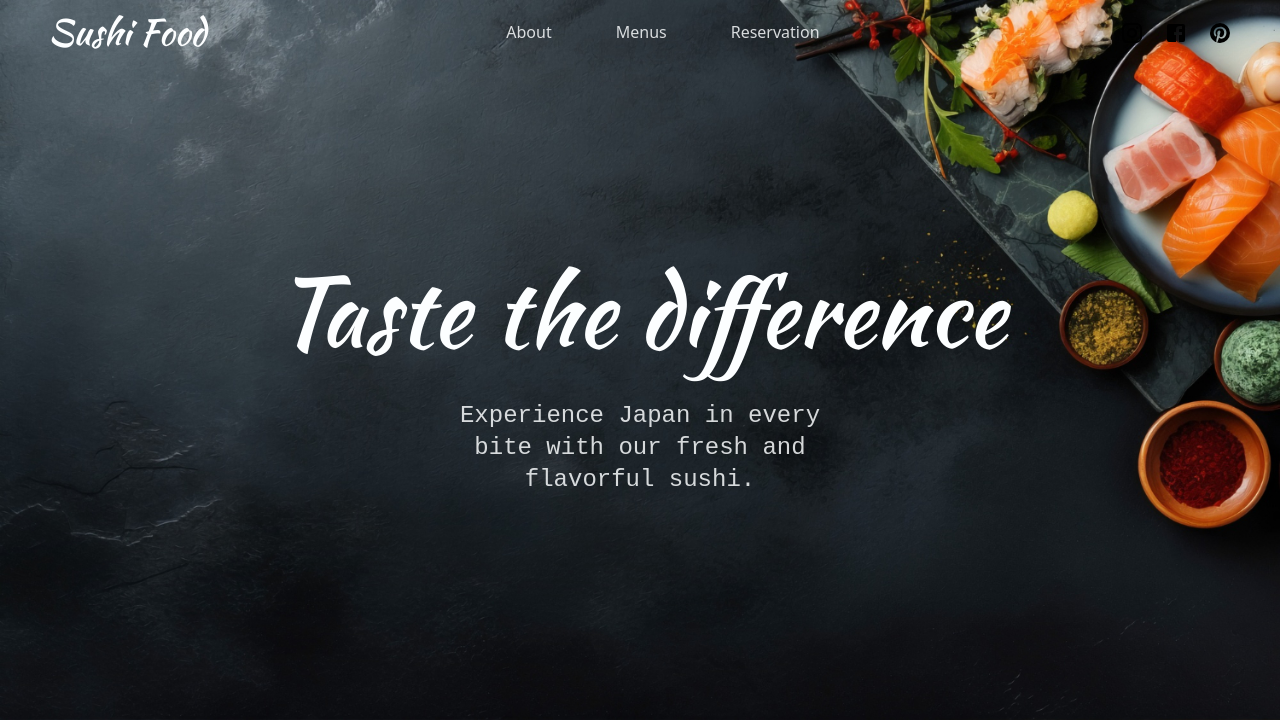
Repository: Adrien-legeleu/sushi-food
Page: /
An editor plug-in stored every save of this project. The page is shown before and after the next save, followed by the edit.
The browser window is 1280 px wide. The pictures show the whole page.
Some web fonts or font styles are not loaded; a fallback is used. The project was rebuilt for these pictures with package versions that can differ from the ones it lists, and the page was loaded fresh each time. Also part of the build but not shown: vite.config.ts.

Above is the page before, as saved 2024-04-28 20:14:38.

### src/App.tsx
import { Header, Landing } from "./Components"

const App =()=> {
  return (
    <div className="bg-greenBlack h-full w-full">
      <Header/>
      <Landing/>
    </div>
  )
}

export default App

### src/index.css
@import url('https://fonts.googleapis.com/css2?family=Kaushan+Script&family=Nanum+Gothic+Coding&display=swap');

@tailwind base;
@tailwind components;
@tailwind utilities;

*{
    margin: 0;
    padding: 0;
    box-sizing: border-box;
}

### src/Components/index.ts
export * from "./Landing";
export * from "./Header";

### src/Components/Landing.tsx
export const Landing =()=>{
    return(
        <div className="h-screen w-full bg-[url('././assets/mainfond.jpg')] bg-cover bg-center-top flex items-center justify-center flex-col gap-10 pt-10">
            <h1 className="font-title text-whiteTitle text-8xl">Taste the difference</h1>
            <p className="text-whiteText font-text text-2xl text-center w-1/3">Experience Japan in every bite with our fresh and flavorful sushi.</p>
        </div>
    )
}

### src/Components/Header.tsx
import InstagramIcon from '@mui/icons-material/Instagram';
import FacebookIcon from '@mui/icons-material/Facebook';
import PinterestIcon from '@mui/icons-material/Pinterest';
export const Header =()=>{
    return (
        <div className='fixed h-16 w-full max-w-[1500px] top-0 left-1/2 -translate-x-1/2 flex justify-between items-center pl-12 pr-12'>
            <h2 className='font-title text-4xl text-whiteTitle'>Sushi Food</h2>
            <ul className='flex items-center gap-16 justify-between text-whiteText'>
                <li>About</li>
                <li>Menus</li>
                <li>Reservation</li>
            </ul>
            <ul className='flex items-center justify-between gap-5'>
                <li>
                    <InstagramIcon/>


                </li>
                <li> <FacebookIcon/></li>
                <li><PinterestIcon/></li>
            </ul>
        </div>
    )
}

### tailwind.config.js
/** @type {import('tailwindcss').Config} */
export default {
  content: ["./index.html", "./src/**/*.{js,ts,jsx,tsx}"],
  theme: {
    extend: {
      backgroundColor: {
        greenBlack: "#0B1517",
      },
      colors: {
        green: "#A6977C",
        whiteTitle: "#FCFEFF",
        whiteText: "#FCFEFFD5",
      },
    },
    fontFamily: {
      title: ["Kaushan Script", "cursive"],
      text: ["Nanum Gothic Coding", "monospace"],
    },
  },
  plugins: [],
};

Loaded but not shown: index.html (common file); src/main.tsx (common file)

After the next save:
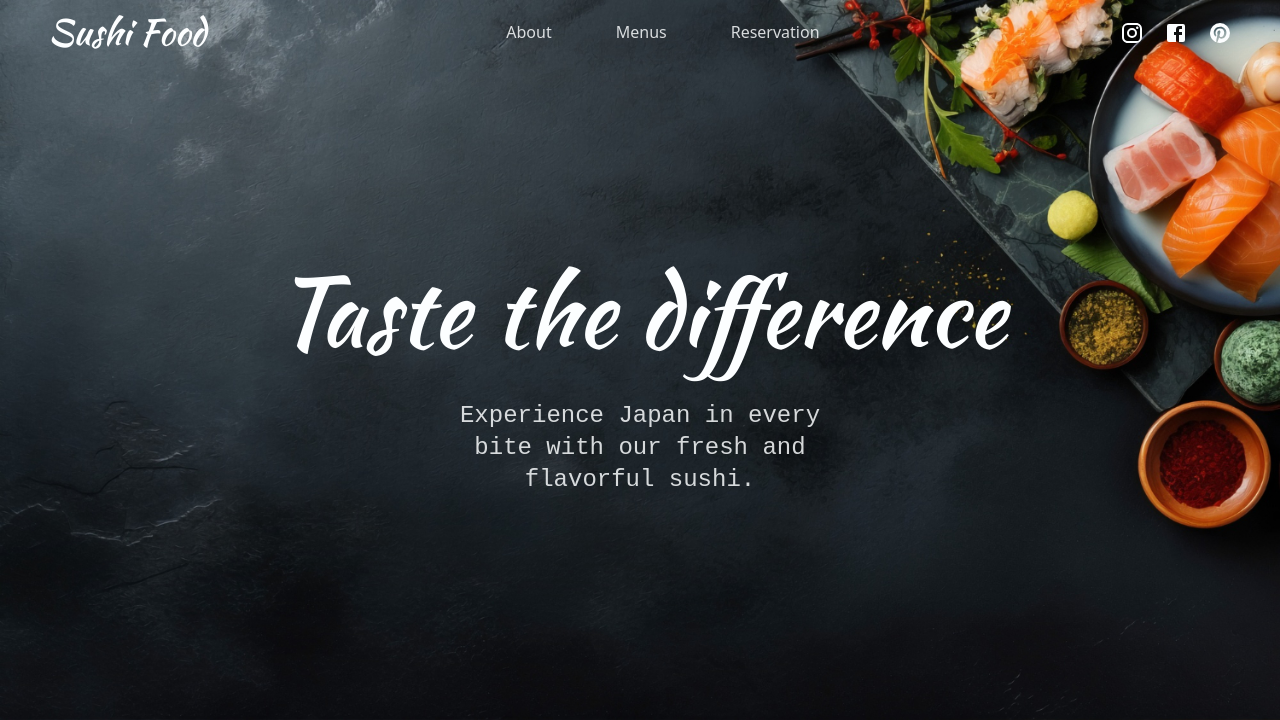
Saved 8 s later.
--- a/src/Components/Header.tsx
+++ b/src/Components/Header.tsx
@@ -10,7 +10,7 @@ export const Header =()=>{
                 <li>Menus</li>
                 <li>Reservation</li>
             </ul>
-            <ul className='flex items-center justify-between gap-5'>
+            <ul className='flex items-center justify-between gap-5 text-whiteTitle'>
                 <li>
                     <InstagramIcon/>
 
